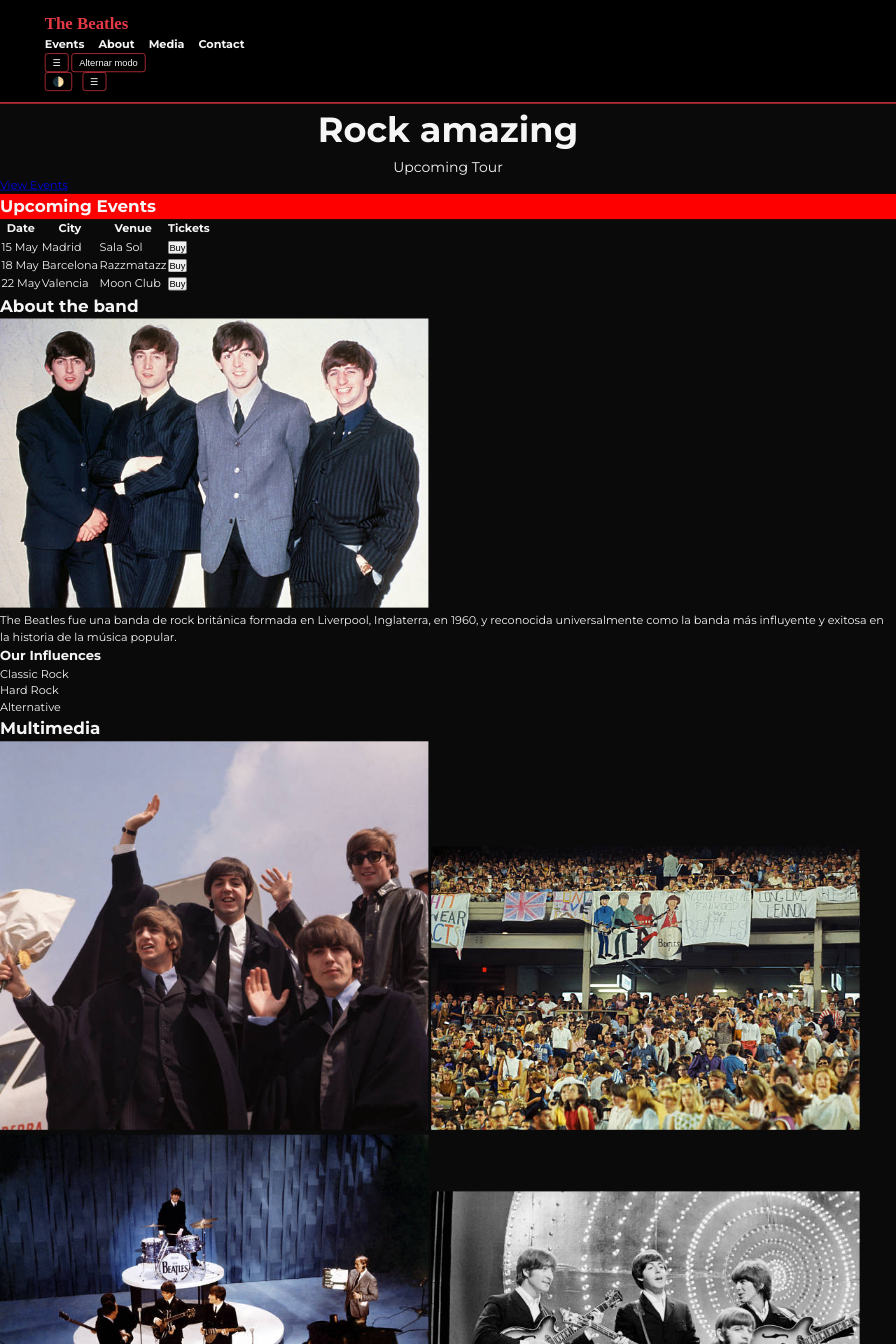
Repository: keiner-dev/Prueba_Desempe-o
Page: index.html
An editor plug-in stored every save of this project. The page is shown before and after a run of saves, followed by the edit.
The browser window is 1280 px wide. The pictures show the part of the page from y = 0 to 1920 px (the page is 2628 px tall), at 70% of full size.
Some web fonts or font styles are not loaded; a fallback is used.

Above is the page before, as saved 2026-04-27 14:23:27.

After the next 2 saves:
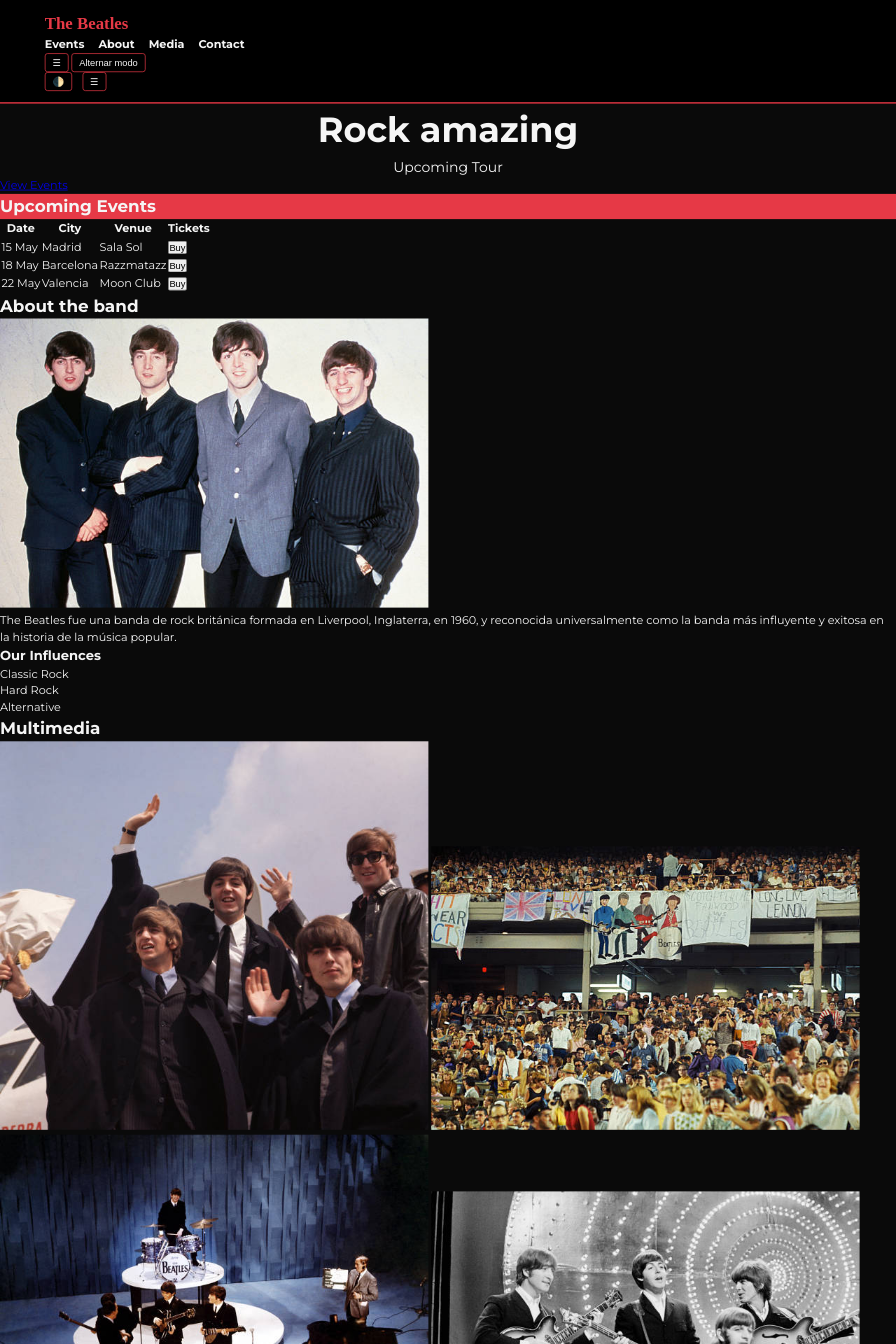
The 2 saves are shown as one change because they came seconds apart.
The last was saved 9 s later.
--- a/styles.css
+++ b/styles.css
@@ -89,5 +89,6 @@
 }
 
 .events_container h2 {
-    background-color: red;
+    background-color: var(--primary-color);
+    color   red;
 }
